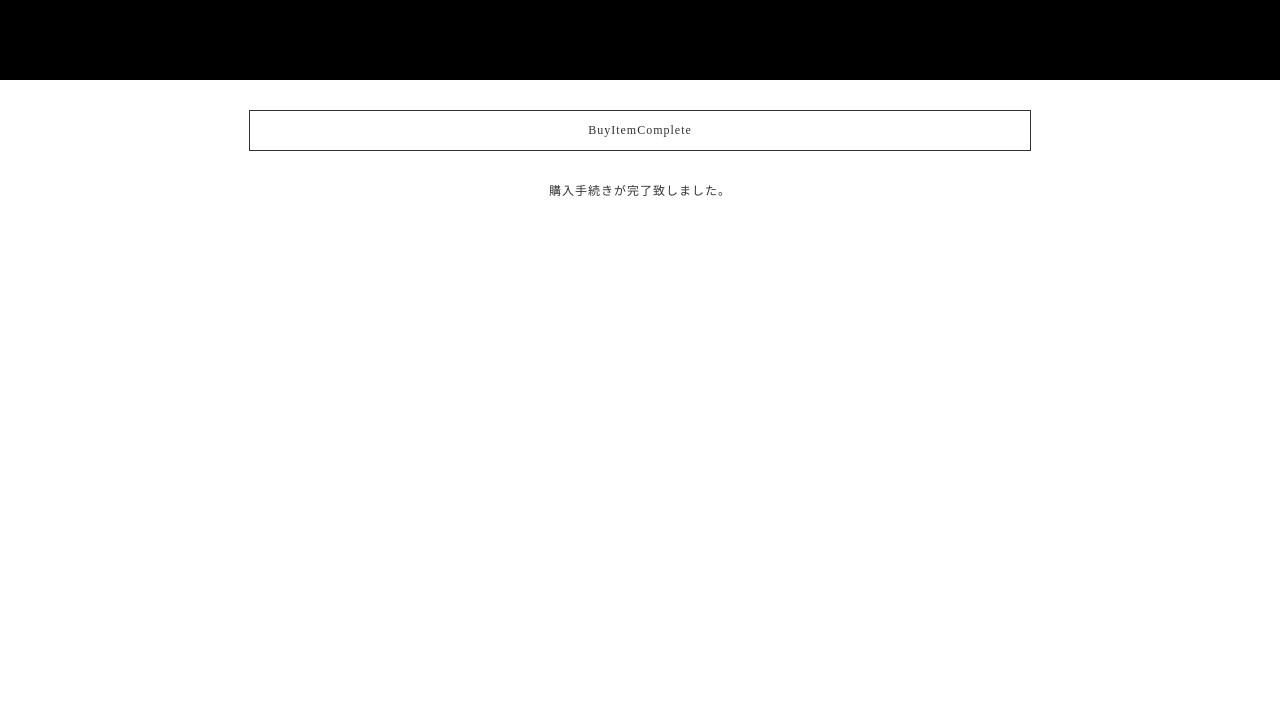
Repository: Eu-kr2018/test
Page: http://localhost/template/buyItemComplete.jsp
The author's editor kept a copy of each file at every save. The page is drawn from the files as they stood at one save, then again after the next save.
The browser window is 1280 px wide. The pictures show the whole page.
The page is served by Tomcat 9.

Above is the page before, as saved 2018-08-24 10:22:49.

After the next save:
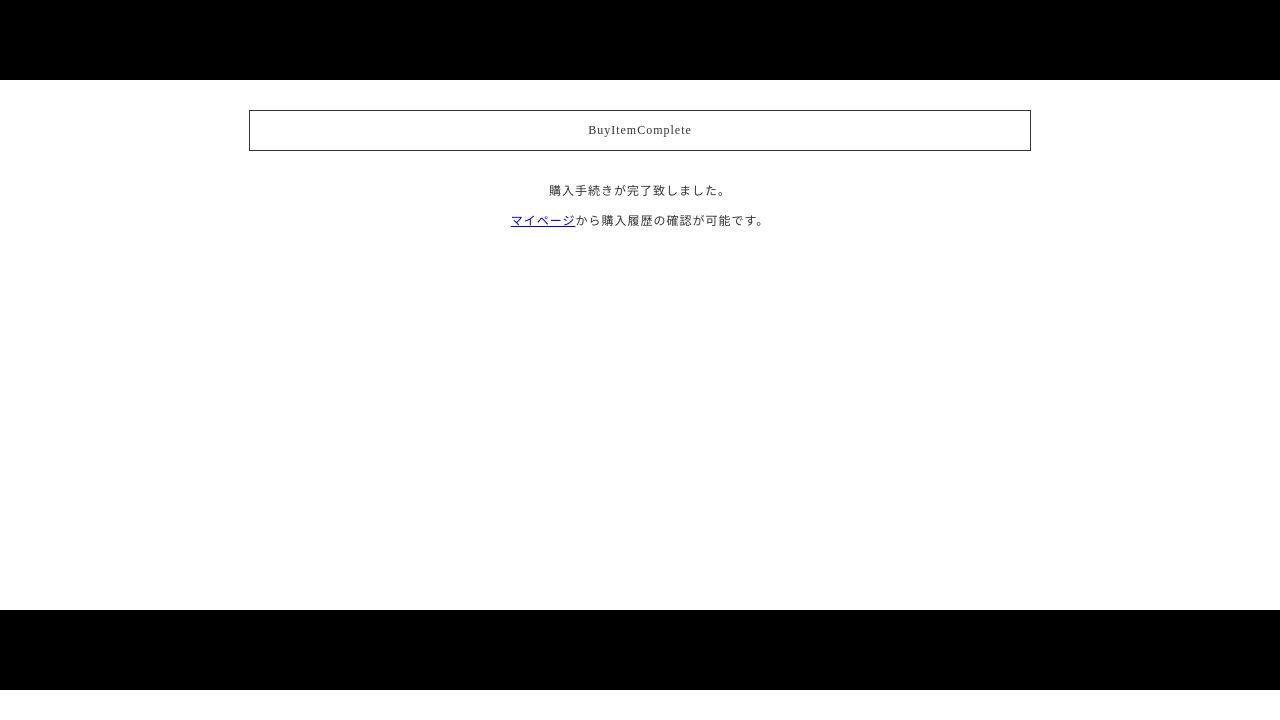
Saved 78 s later.
--- a/template/WebContent/buyItemComplete.jsp
+++ b/template/WebContent/buyItemComplete.jsp
@@ -68,8 +68,13 @@
 			<div>
 				<p>購入手続きが完了致しました。</p>
 				<div>
-					<a href='<s:url action="MyPageAction"/>'></a>
+					<a href='<s:url action="MyPageAction"/>'>
+					マイページ</a><span>から購入履歴の確認が可能です。</span>
 				</div>
+			</div>
+		</div>
+		<div id="footer">
+			<div id="pr">
 			</div>
 		</div>
 	</body>
